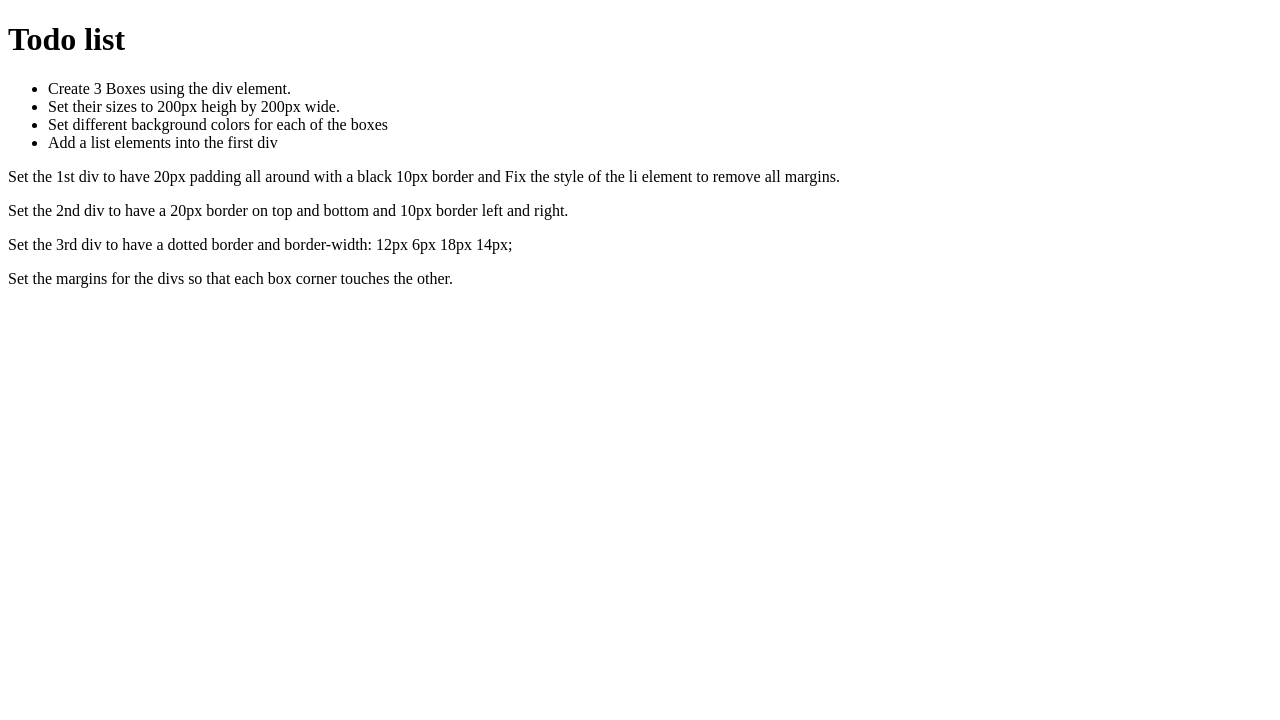
Repository: aniatot/CSS_KT
Page: 1 CSS Box Model/index.html
The author's editor kept a copy of each file at every save. The page is drawn from the files as they stood at one save, then again after the next save.
The browser window is 1280 px wide. The pictures show the whole page.

Above is the page before, as saved 2023-10-20 09:54:08.

### 1 CSS Box Model/index.html
<!DOCTYPE html>
<html lang="en">

<head>
  <meta charset="UTF-8">
  <title>CSS Box Model</title>
  <style>
    /* Write your CSS code here */
/*     div {
      height: 200px;
      width: 200px;
    } */

/*     ul, li {
      margin: 0;
    } */

/*     #first {
      background-color: cadetblue;
      padding: 20px;
      border: 10px solid black;
    } */

/*     #second {
      background-color: gold;
      border: solid black;
      border-width: 20px 10px;
      margin-left: 260px;
    } */

/*     #third {
      background-color: indianred;
      border: dotted black;
      border-width: 12px 6px 18px 14px;
      margin-left: 40px;
    } */
  </style>

  </style>
</head>

<body>
<h1>Todo list</h1>
<div id="first">
  <ul>
    <li>Create 3 Boxes using the div element. </li>
    <li>Set their sizes to 200px heigh by 200px wide. </li>
    <li>Set different background colors for each of the boxes</li>
    <li>Add a list elements into the first div</li>
  </ul>
</div>

<div id="second">
  <p>Set the 1st div to have 20px padding all around with a black 10px border and
  Fix the style of the li element to remove all margins.</p>
  <p>Set the 2nd div to have a 20px border on top and bottom and 10px border left and right.</p>
</div>
<div id="third">
  <p>Set the 3rd div to have a dotted border and border-width: 12px 6px 18px 14px;</p>
  <p>Set the margins for the divs so that each box corner touches the other.</p>
</div>
</body>

</html>

After the next save:
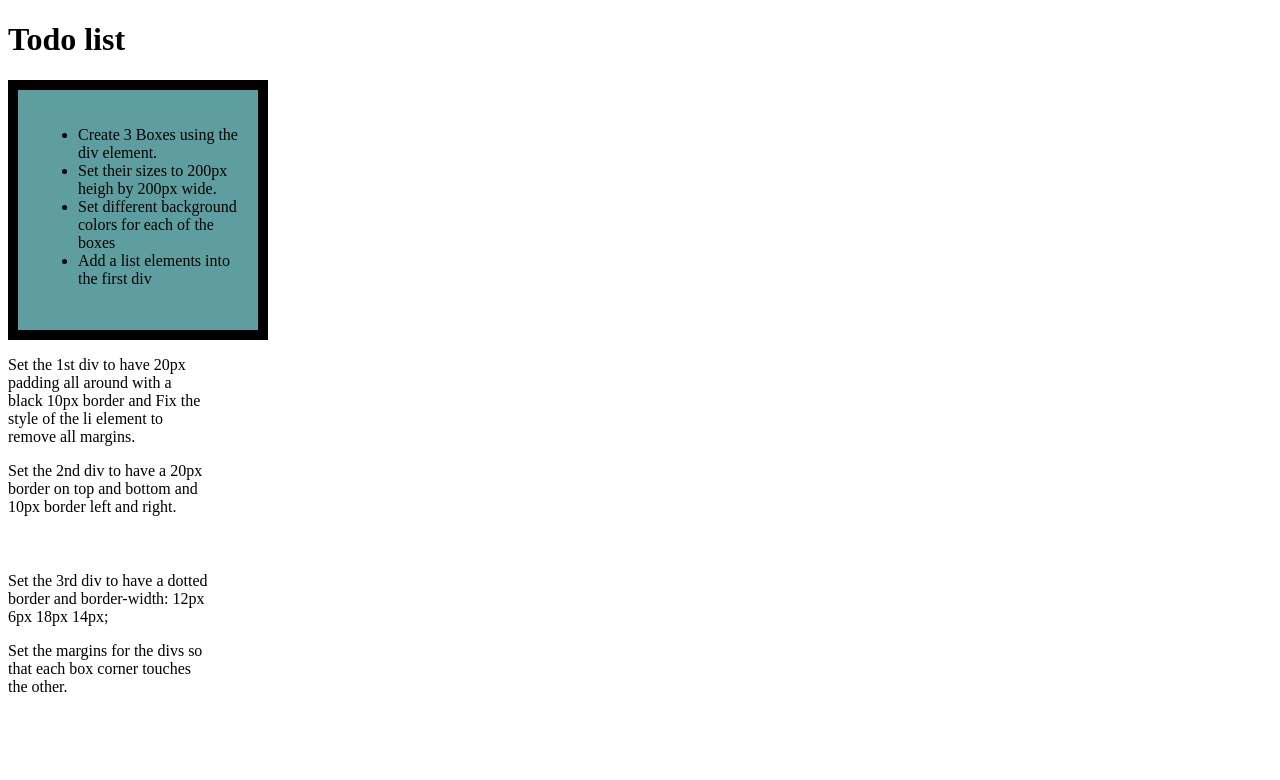
Saved 16 min 37 s later.
--- a/1 CSS Box Model/index.html
+++ b/1 CSS Box Model/index.html
@@ -6,20 +6,20 @@
   <title>CSS Box Model</title>
   <style>
     /* Write your CSS code here */
-/*     div {
+    div {
       height: 200px;
       width: 200px;
-    } */
+    }
 
 /*     ul, li {
       margin: 0;
     } */
 
-/*     #first {
+    #first {
       background-color: cadetblue;
       padding: 20px;
       border: 10px solid black;
-    } */
+    }
 
 /*     #second {
       background-color: gold;
